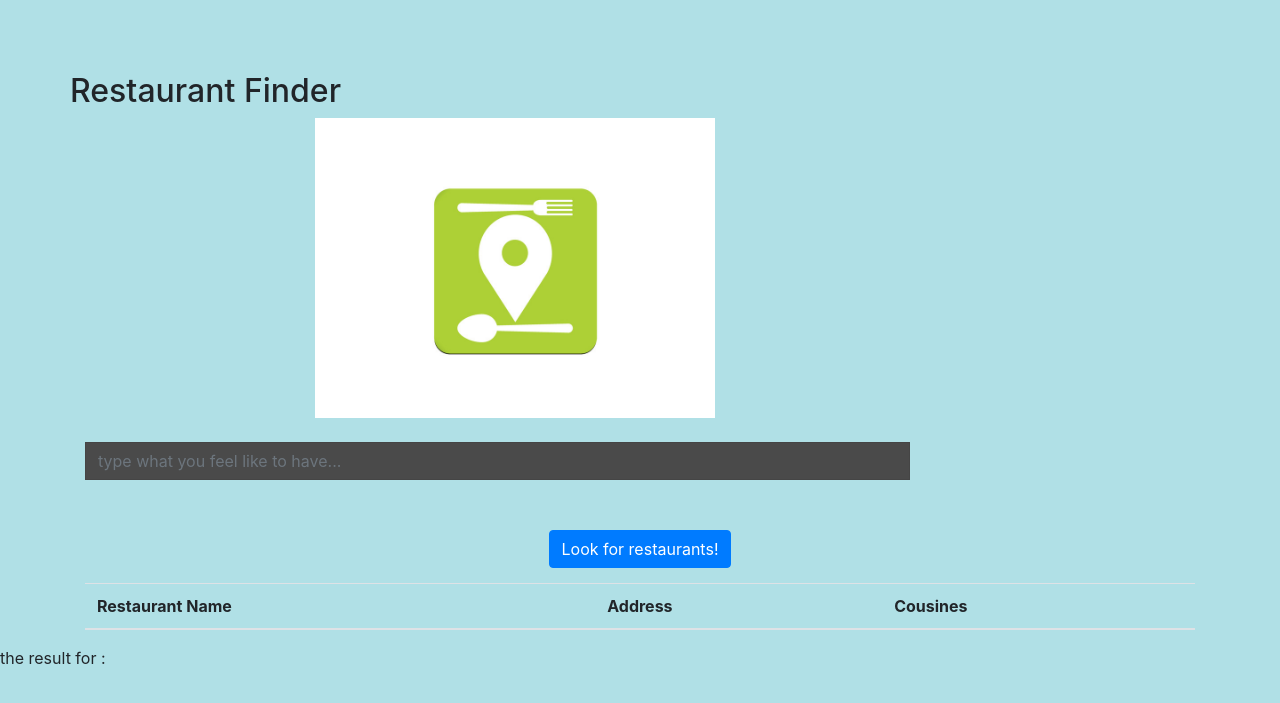
Repository: KobeRox/Loremips
Page: index.html
An editor plug-in stored every save of this project. The page is shown before and after the next save, followed by the edit.
The browser window is 1280 px wide. The pictures show the whole page.
Some web libraries are served in a nearby version.

Above is the page before, as saved 2019-09-08 22:35:27.
Console error: TypeError: Cannot read properties of undefined (reading 'fn')

### index.html
<html>

<head>
    <link rel="stylesheet" href="style.css">
    <link rel="stylesheet" href="https://stackpath.bootstrapcdn.com/bootstrap/4.3.1/css/bootstrap.min.css"
        integrity="sha384-ggOyR0iXCbMQv3Xipma34MD+dH/1fQ784/j6cY/iJTQUOhcWr7x9JvoRxT2MZw1T" crossorigin="anonymous">
    <script src="https://stackpath.bootstrapcdn.com/bootstrap/4.3.1/js/bootstrap.min.js"
        integrity="sha384-JjSmVgyd0p3pXB1rRibZUAYoIIy6OrQ6VrjIEaFf/nJGzIxFDsf4x0xIM+B07jRM"
        crossorigin="anonymous"></script>
    <script src="https://ajax.googleapis.com/ajax/libs/jquery/3.4.1/jquery.min.js"></script>
    <script src="https://code.jquery.com/ui/1.12.1/jquery-ui.min.js"></script>
    <script src="zomato_cuisines.js"></script>
    <script src="zomato_restaurants.js"></script>
    <script src="contractResponse.js"></script>
    <script src="convertDataToHtml.js"></script>
    <script type="text/javascript" charset="utf-8">

        $(document).ready(function () {

            $("#searchbar").autocomplete({

                minLength: 0,
                source: get_cuisineList(),
                focus: function (event, ui) {
                    $("#searchbar").val(ui.item.label);
                    return false;
                },
                select: function (event, ui) {
                    $("#searchbar").val(ui.item.label);
                    return false;
                }
            })

            $("#clicking").click(function () {
                var search = $('#searchbar').val();
                //console.log(search)
                var c_list = get_cuisineList();
                //console.log(c_list);
                var c_id = get_cuisineId(search);
                //console.log(c_id);
                get_restaurants(c_id, function (data) {
                    //console.log(data);
                    convertDataToHtml(data);
                });
            });
        });
    </script>
</head>

<body  style="background-color:powderblue;">
    <div class="container">
        <div class="panel-body" id="backgoundimg">
            <br><br><br>
            <div class="row" style="text-align: center;">
                <h2>Restaurant Finder</h2>
            </div>
           <div>
           &nbsp&nbsp&nbsp&nbsp&nbsp&nbsp&nbsp&nbsp&nbsp&nbsp&nbsp&nbsp&nbsp&nbsp&nbsp&nbsp&nbsp&nbsp&nbsp&nbsp&nbsp&nbsp&nbsp&nbsp&nbsp&nbsp&nbsp&nbsp
           &nbsp&nbsp&nbsp&nbsp&nbsp&nbsp&nbsp&nbsp&nbsp&nbsp&nbsp&nbsp&nbsp&nbsp&nbsp&nbsp&nbsp&nbsp&nbsp&nbsp&nbsp

           <img src="avator.jpg" width="400" height="300">
           </div>
<br>

            <div class="row" style="margin-bottom: 50px;">

                <div class="col-xs-9 col-md-9">
                    <input type="text" class="form-control" id='searchbar' placeholder="type what you feel like to have... ">
                </div>

            </div>
            <div class="row" style="text-align: center;">
                <div class="col-xs-12 col-md-12">
                    <button type="button" class="btn btn-primary" style="margin-bottom: 15px;" id="clicking">Look
                        for restaurants!</button>
                </div>
            </div>
        </div>

        <div class="row">
            <div class="col-xs-12 col-md-12">
                <table class="table">
                    <thead>
                        <tr>
                            <th scope="col">Restaurant Name</th>
                            <th scope="col">Address</th>
                            <th scope="col">Cousines</th>
                        </tr>
                    <tbody id="restoResults">
                    </tbody>
                    </thead>
                </table>
            </div>


        </div>
        <!-- <div class="panel-footer"></div> -->
    </div>
        <p>the result for : </p>


</body>

</html>

### style.css
#backgoundimg {
  background-image: "background.jpg";
}

#searchbar {
  border-radius: 0px;
  background: #4a4a4a;
  color: #4cc3d8;
  border: 1px solid #454545;
  height: 0 0 30px;
}
#searchbar:hover {
  background: gray;
}

.ui-tooltip {
  background: yellow;
  color: #96f226;
  border: 2px solid rgb(118, 214, 63);
  border-radius: 0px;
  box-shadow: 0 0;
}
.ui-autocomplete {
  background: #b8f3b8;
  border-radius: 0px;
  line-height: 30px;
  width: 160px;
}
.ui-autocomplete.source:hover {
  background: #2b9aa8;
}

.ui-menu .ui-menu-item a {
  background: red;
  height: 10px;
  font-size: 8px;
}

### zomato_cuisines.js
function get_cuisineId(name){

	for(var i=0; i<list_cuisine.length; i++){
		if (list_cuisine[i]["cuisine"]["cuisine_name"] == name)
			return list_cuisine[i]["cuisine"]["cuisine_id"];
	}
}

function get_cuisineList(){
	var cuisine_names= [];
	for(var i=0; i<list_cuisine.length; i++){
		cuisine_names.push(list_cuisine[i]["cuisine"]["cuisine_name"]);
	}
	return cuisine_names;
}
var  list_cuisine = [
        {
            "cuisine": {
                "cuisine_id": 6,
                "cuisine_name": "Afghani"
            }
        },
        {
            "cuisine": {
                "cuisine_id": 152,
                "cuisine_name": "African"
            }
        },
        {
            "cuisine": {
                "cuisine_id": 1,
                "cuisine_name": "American"
            }
        },
        {
            "cuisine": {
                "cuisine_id": 4,
                "cuisine_name": "Arabian"
            }
        },
        {
            "cuisine": {
                "cuisine_id": 151,
                "cuisine_name": "Argentine"
            }
        },
        {
            "cuisine": {
                "cuisine_id": 3,
                "cuisine_name": "Asian"
            }
        },
        {
            "cuisine": {
                "cuisine_id": 401,
                "cuisine_name": "Asian Fusion"
            }
        },
        {
            "cuisine": {
                "cuisine_id": 193,
                "cuisine_name": "BBQ"
            }
        },
        {
            "cuisine": {
                "cuisine_id": 5,
                "cuisine_name": "Bakery"
            }
        },
        {
            "cuisine": {
                "cuisine_id": 227,
                "cuisine_name": "Bar Food"
            }
        },
        {
            "cuisine": {
                "cuisine_id": 132,
                "cuisine_name": "Belgian"
            }
        },
        {
            "cuisine": {
                "cuisine_id": 270,
                "cuisine_name": "Beverages"
            }
        },
        {
            "cuisine": {
                "cuisine_id": 159,
                "cuisine_name": "Brazilian"
            }
        },
        {
            "cuisine": {
                "cuisine_id": 133,
                "cuisine_name": "British"
            }
        },
        {
            "cuisine": {
                "cuisine_id": 247,
                "cuisine_name": "Bubble Tea"
            }
        },
        {
            "cuisine": {
                "cuisine_id": 168,
                "cuisine_name": "Burger"
            }
        },
        {
            "cuisine": {
                "cuisine_id": 1039,
                "cuisine_name": "Cafe Food"
            }
        },
        {
            "cuisine": {
                "cuisine_id": 111,
                "cuisine_name": "Cambodian"
            }
        },
        {
            "cuisine": {
                "cuisine_id": 121,
                "cuisine_name": "Cantonese"
            }
        },
        {
            "cuisine": {
                "cuisine_id": 994,
                "cuisine_name": "Charcoal Chicken"
            }
        },
        {
            "cuisine": {
                "cuisine_id": 25,
                "cuisine_name": "Chinese"
            }
        },
        {
            "cuisine": {
                "cuisine_id": 161,
                "cuisine_name": "Coffee and Tea"
            }
        },
        {
            "cuisine": {
                "cuisine_id": 287,
                "cuisine_name": "Colombian"
            }
        },
        {
            "cuisine": {
                "cuisine_id": 144,
                "cuisine_name": "Contemporary"
            }
        },
        {
            "cuisine": {
                "cuisine_id": 35,
                "cuisine_name": "Continental"
            }
        },
        {
            "cuisine": {
                "cuisine_id": 928,
                "cuisine_name": "Creole"
            }
        },
        {
            "cuisine": {
                "cuisine_id": 881,
                "cuisine_name": "Crepes"
            }
        },
        {
            "cuisine": {
                "cuisine_id": 192,
                "cuisine_name": "Deli"
            }
        },
        {
            "cuisine": {
                "cuisine_id": 100,
                "cuisine_name": "Desserts"
            }
        },
        {
            "cuisine": {
                "cuisine_id": 268,
                "cuisine_name": "Drinks Only"
            }
        },
        {
            "cuisine": {
                "cuisine_id": 985,
                "cuisine_name": "Dumplings"
            }
        },
        {
            "cuisine": {
                "cuisine_id": 38,
                "cuisine_name": "European"
            }
        },
        {
            "cuisine": {
                "cuisine_id": 571,
                "cuisine_name": "Falafel"
            }
        },
        {
            "cuisine": {
                "cuisine_id": 40,
                "cuisine_name": "Fast Food"
            }
        },
        {
            "cuisine": {
                "cuisine_id": 1006,
                "cuisine_name": "Fijian"
            }
        },
        {
            "cuisine": {
                "cuisine_id": 112,
                "cuisine_name": "Filipino"
            }
        },
        {
            "cuisine": {
                "cuisine_id": 271,
                "cuisine_name": "Finger Food"
            }
        },
        {
            "cuisine": {
                "cuisine_id": 298,
                "cuisine_name": "Fish and Chips"
            }
        },
        {
            "cuisine": {
                "cuisine_id": 45,
                "cuisine_name": "French"
            }
        },
        {
            "cuisine": {
                "cuisine_id": 1025,
                "cuisine_name": "Fried Chicken"
            }
        },
        {
            "cuisine": {
                "cuisine_id": 501,
                "cuisine_name": "Frozen Yogurt"
            }
        },
        {
            "cuisine": {
                "cuisine_id": 274,
                "cuisine_name": "Fusion"
            }
        },
        {
            "cuisine": {
                "cuisine_id": 134,
                "cuisine_name": "German"
            }
        },
        {
            "cuisine": {
                "cuisine_id": 156,
                "cuisine_name": "Greek"
            }
        },
        {
            "cuisine": {
                "cuisine_id": 181,
                "cuisine_name": "Grill"
            }
        },
        {
            "cuisine": {
                "cuisine_id": 521,
                "cuisine_name": "Hawaiian"
            }
        },
        {
            "cuisine": {
                "cuisine_id": 143,
                "cuisine_name": "Healthy Food"
            }
        },
        {
            "cuisine": {
                "cuisine_id": 1022,
                "cuisine_name": "Hot Pot"
            }
        },
        {
            "cuisine": {
                "cuisine_id": 228,
                "cuisine_name": "Hungarian"
            }
        },
        {
            "cuisine": {
                "cuisine_id": 233,
                "cuisine_name": "Ice Cream"
            }
        },
        {
            "cuisine": {
                "cuisine_id": 148,
                "cuisine_name": "Indian"
            }
        },
        {
            "cuisine": {
                "cuisine_id": 114,
                "cuisine_name": "Indonesian"
            }
        },
        {
            "cuisine": {
                "cuisine_id": 154,
                "cuisine_name": "International"
            }
        },
        {
            "cuisine": {
                "cuisine_id": 140,
                "cuisine_name": "Iranian"
            }
        },
        {
            "cuisine": {
                "cuisine_id": 135,
                "cuisine_name": "Irish"
            }
        },
        {
            "cuisine": {
                "cuisine_id": 55,
                "cuisine_name": "Italian"
            }
        },
        {
            "cuisine": {
                "cuisine_id": 60,
                "cuisine_name": "Japanese"
            }
        },
        {
            "cuisine": {
                "cuisine_id": 265,
                "cuisine_name": "Jewish"
            }
        },
        {
            "cuisine": {
                "cuisine_id": 1042,
                "cuisine_name": "Jiangnan"
            }
        },
        {
            "cuisine": {
                "cuisine_id": 164,
                "cuisine_name": "Juices"
            }
        },
        {
            "cuisine": {
                "cuisine_id": 178,
                "cuisine_name": "Kebab"
            }
        },
        {
            "cuisine": {
                "cuisine_id": 167,
                "cuisine_name": "Kiwi"
            }
        },
        {
            "cuisine": {
                "cuisine_id": 67,
                "cuisine_name": "Korean"
            }
        },
        {
            "cuisine": {
                "cuisine_id": 1021,
                "cuisine_name": "Korean BBQ"
            }
        },
        {
            "cuisine": {
                "cuisine_id": 136,
                "cuisine_name": "Latin American"
            }
        },
        {
            "cuisine": {
                "cuisine_id": 66,
                "cuisine_name": "Lebanese"
            }
        },
        {
            "cuisine": {
                "cuisine_id": 69,
                "cuisine_name": "Malaysian"
            }
        },
        {
            "cuisine": {
                "cuisine_id": 977,
                "cuisine_name": "Meat Pie"
            }
        },
        {
            "cuisine": {
                "cuisine_id": 70,
                "cuisine_name": "Mediterranean"
            }
        },
        {
            "cuisine": {
                "cuisine_id": 73,
                "cuisine_name": "Mexican"
            }
        },
        {
            "cuisine": {
                "cuisine_id": 137,
                "cuisine_name": "Middle Eastern"
            }
        },
        {
            "cuisine": {
                "cuisine_id": 294,
                "cuisine_name": "Modern European"
            }
        },
        {
            "cuisine": {
                "cuisine_id": 1055,
                "cuisine_name": "Modern New Zealand"
            }
        },
        {
            "cuisine": {
                "cuisine_id": 74,
                "cuisine_name": "Mongolian"
            }
        },
        {
            "cuisine": {
                "cuisine_id": 147,
                "cuisine_name": "Moroccan"
            }
        },
        {
            "cuisine": {
                "cuisine_id": 117,
                "cuisine_name": "Nepalese"
            }
        },
        {
            "cuisine": {
                "cuisine_id": 50,
                "cuisine_name": "North Indian"
            }
        },
        {
            "cuisine": {
                "cuisine_id": 321,
                "cuisine_name": "Pacific"
            }
        },
        {
            "cuisine": {
                "cuisine_id": 139,
                "cuisine_name": "Pakistani"
            }
        },
        {
            "cuisine": {
                "cuisine_id": 209,
                "cuisine_name": "Pan Asian"
            }
        },
        {
            "cuisine": {
                "cuisine_id": 162,
                "cuisine_name": "Peruvian"
            }
        },
        {
            "cuisine": {
                "cuisine_id": 1020,
                "cuisine_name": "Pho"
            }
        },
        {
            "cuisine": {
                "cuisine_id": 82,
                "cuisine_name": "Pizza"
            }
        },
        {
            "cuisine": {
                "cuisine_id": 1019,
                "cuisine_name": "Poké"
            }
        },
        {
            "cuisine": {
                "cuisine_id": 87,
                "cuisine_name": "Portuguese"
            }
        },
        {
            "cuisine": {
                "cuisine_id": 983,
                "cuisine_name": "Pub Food"
            }
        },
        {
            "cuisine": {
                "cuisine_id": 320,
                "cuisine_name": "Ramen"
            }
        },
        {
            "cuisine": {
                "cuisine_id": 1033,
                "cuisine_name": "Roast"
            }
        },
        {
            "cuisine": {
                "cuisine_id": 84,
                "cuisine_name": "Russian"
            }
        },
        {
            "cuisine": {
                "cuisine_id": 998,
                "cuisine_name": "Salad"
            }
        },
        {
            "cuisine": {
                "cuisine_id": 304,
                "cuisine_name": "Sandwich"
            }
        },
        {
            "cuisine": {
                "cuisine_id": 83,
                "cuisine_name": "Seafood"
            }
        },
        {
            "cuisine": {
                "cuisine_id": 831,
                "cuisine_name": "Shanghai"
            }
        },
        {
            "cuisine": {
                "cuisine_id": 128,
                "cuisine_name": "Sichuan"
            }
        },
        {
            "cuisine": {
                "cuisine_id": 119,
                "cuisine_name": "Singaporean"
            }
        },
        {
            "cuisine": {
                "cuisine_id": 85,
                "cuisine_name": "South Indian"
            }
        },
        {
            "cuisine": {
                "cuisine_id": 89,
                "cuisine_name": "Spanish"
            }
        },
        {
            "cuisine": {
                "cuisine_id": 86,
                "cuisine_name": "Sri Lankan"
            }
        },
        {
            "cuisine": {
                "cuisine_id": 141,
                "cuisine_name": "Steak"
            }
        },
        {
            "cuisine": {
                "cuisine_id": 90,
                "cuisine_name": "Street Food"
            }
        },
        {
            "cuisine": {
                "cuisine_id": 177,
                "cuisine_name": "Sushi"
            }
        },
        {
            "cuisine": {
                "cuisine_id": 190,
                "cuisine_name": "Taiwanese"
            }
        },
        {
            "cuisine": {
                "cuisine_id": 179,
                "cuisine_name": "Tapas"
            }
        },
        {
            "cuisine": {
                "cuisine_id": 163,
                "cuisine_name": "Tea"
            }
        },
        {
            "cuisine": {
                "cuisine_id": 981,
                "cuisine_name": "Teppanyaki"
            }
        },
        {
            "cuisine": {
                "cuisine_id": 150,
                "cuisine_name": "Tex-Mex"
            }
        },
        {
            "cuisine": {
                "cuisine_id": 95,
                "cuisine_name": "Thai"
            }
        },
        {
            "cuisine": {
                "cuisine_id": 142,
                "cuisine_name": "Turkish"
            }
        },
        {
            "cuisine": {
                "cuisine_id": 1038,
                "cuisine_name": "Uyghur"
            }
        },
        {
            "cuisine": {
                "cuisine_id": 1034,
                "cuisine_name": "Vegan"
            }
        },
        {
            "cuisine": {
                "cuisine_id": 308,
                "cuisine_name": "Vegetarian"
            }
        },
        {
            "cuisine": {
                "cuisine_id": 641,
                "cuisine_name": "Venezuelan"
            }
        },
        {
            "cuisine": {
                "cuisine_id": 99,
                "cuisine_name": "Vietnamese"
            }
        },
        {
            "cuisine": {
                "cuisine_id": 978,
                "cuisine_name": "Yum Cha"
            }
        }
    ]

### zomato_restaurants.js
function get_restaurants(cuisine_id, callback) {
  $.ajax({
    url:
      "https://developers.zomato.com/api/v2.1/search?city_id=70&cuisines=" +
      cuisine_id,
    type: "GET",
    //d323749b276f5be54a2e776c45a7ad1a
    //b17db59020e7fbe543111e1e6c2e5ecb
    beforeSend: function(xhr) {
      xhr.setRequestHeader("user-key", "d323749b276f5be54a2e776c45a7ad1a");
    },
    success: function(data) {
      callback(convertContract(data));
    }
  });
}

### contractResponse.js
function convertContract(input) {
  var results = [];

  for (var x = 0; x < input.results_shown; x++) {
    results.push({
      restaurantName: input.restaurants[x].restaurant.name,
      address: input.restaurants[x].restaurant.location.address,
      allergies: input.restaurants[x].restaurant.cuisines.split(",")
    });
  }
  return results;
}

### convertDataToHtml.js
function convertDataToHtml(data) {
  var html;
  var test2 = document.getElementById("restoResults");
  test2.innerHTML = " ";
  for (var test in data) {
    let dataRow = data[test];
    var row = document.createElement("tr");
    for (var property in dataRow) {
      var th = document.createElement("td");
      th.scope = "col";
      th.innerText = dataRow[property];
      row.appendChild(th);
    }
    test2.appendChild(row);
  }
  return html;
}

After the next save:
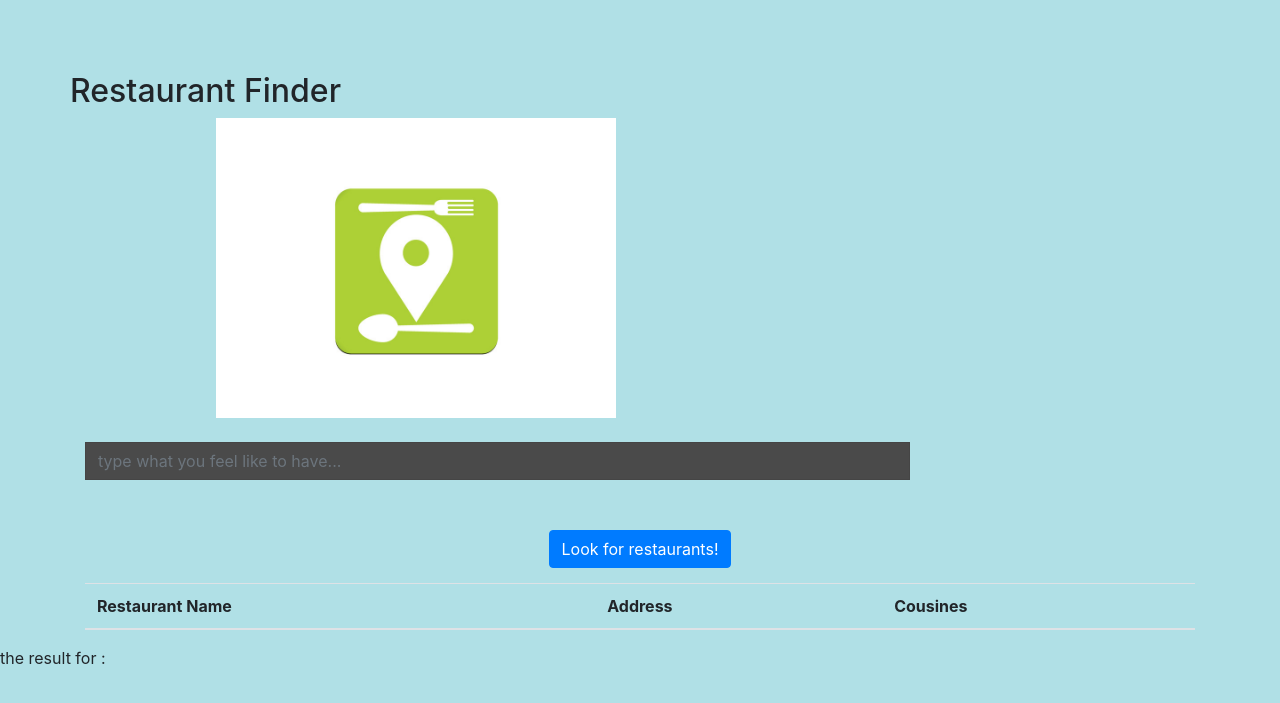
Saved 65 s later.
--- a/index.html
+++ b/index.html
@@ -56,7 +56,7 @@
             </div>
            <div>
            &nbsp&nbsp&nbsp&nbsp&nbsp&nbsp&nbsp&nbsp&nbsp&nbsp&nbsp&nbsp&nbsp&nbsp&nbsp&nbsp&nbsp&nbsp&nbsp&nbsp&nbsp&nbsp&nbsp&nbsp&nbsp&nbsp&nbsp&nbsp
-           &nbsp&nbsp&nbsp&nbsp&nbsp&nbsp&nbsp&nbsp&nbsp&nbsp&nbsp&nbsp&nbsp&nbsp&nbsp&nbsp&nbsp&nbsp&nbsp&nbsp&nbsp
+
 
            <img src="avator.jpg" width="400" height="300">
            </div>
